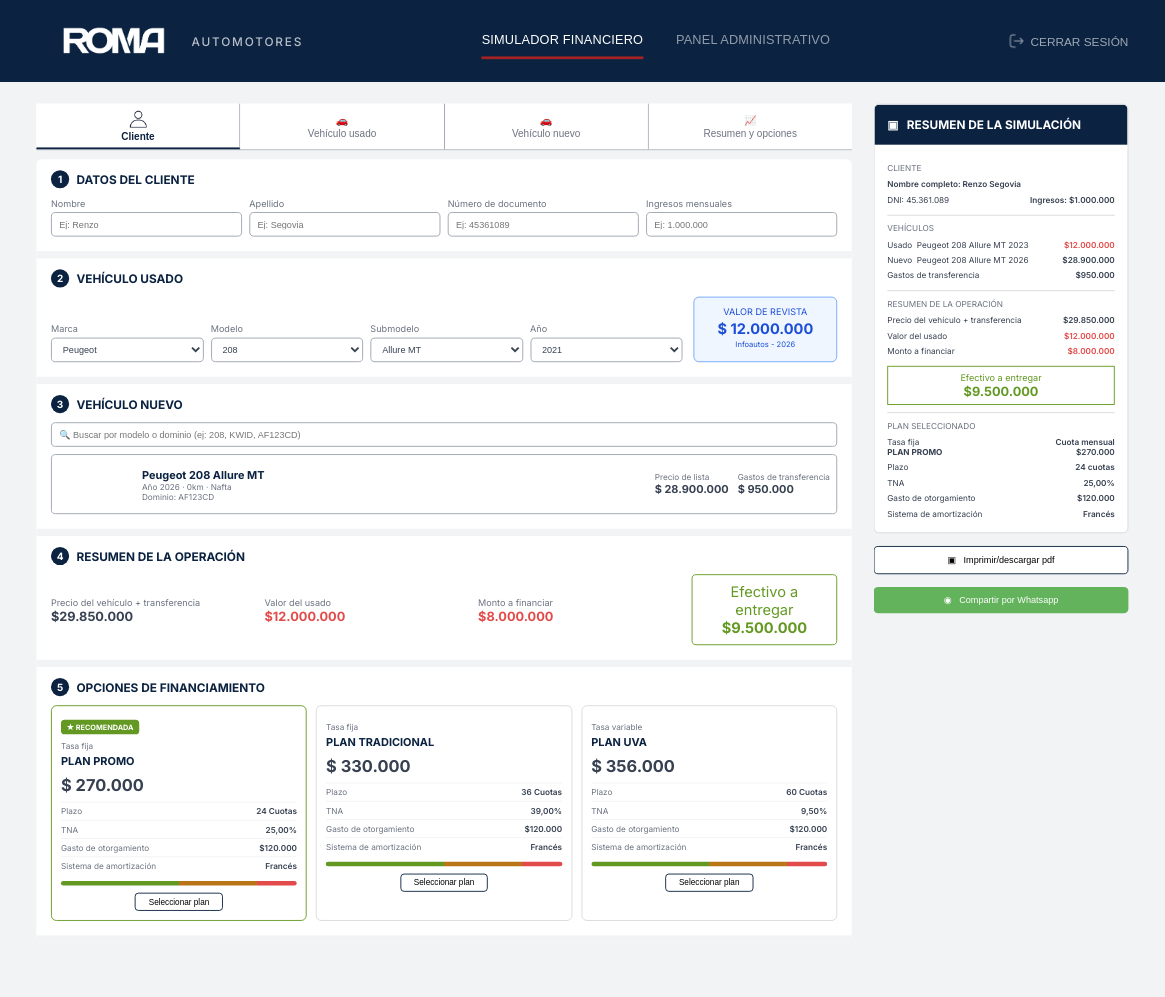
Repository: PPIII-9-012/Roma-System
Page: public/index.html
An editor plug-in stored every save of this project. The page is shown before and after the next save, followed by the edit.
The browser window is 1280 px wide. The pictures show the whole page, at 91% of full size.

Above is the page before, as saved 2026-08-22 12:54:51.

### public/index.html
<!DOCTYPE html>
<html lang="es">
<head>
    <meta charset="UTF-8">
    <meta name="viewport" content="width=device-width, initial-scale=1.0">
    <title>Simulador Financiero — Roma Automotores</title>
    <link rel="preconnect" href="https://fonts.googleapis.com">
    <link href="https://fonts.googleapis.com/css2?family=Inter:wght@400;500;600;700&display=swap" rel="stylesheet">
    <style>
        * {
            box-sizing: border-box;
            margin: 0;
            padding: 0;
        }
        body {
            font-family: 'Inter', system-ui, sans-serif;
        }
        .navbar {
            height: 90px;
            background: #0B2341;
            color: #FFFFFF;
            display: flex;
            align-items: center;
            justify-content: space-between;
            padding: 0 40px;
            position: sticky;
            top: 0;
            z-index: 50;
        }
        .navbar-left,
        .navbar-links,
        .navbar-logout {
            display: flex;
            align-items: center;
        }
        .navbar-left {
            gap: 14px;
        }
        .navbar-links {
            gap: 36px;
        }
        .navbar-logo {
            width: auto;
            height: 70px;
            display: block;
        }
        .navbar-brand {
            font-size: 13px;
            opacity: .7;
            letter-spacing: 2px;
            font-weight: 500;
        }
        .navbar-brand,
        .navbar-link,
        .navbar-logout {
            color: #FFFFFF;
        }
        .navbar-link {
            font-size: 14px;
            opacity: .55;
            text-decoration: none;
            padding-bottom: 4px;
            letter-spacing: .2px;
            transition: opacity .15s;
            position: relative;
        }
        .navbar-link:hover {
            opacity: .85;
        }
        .navbar-link.active {
            opacity: 1;
        }
        .navbar-link.active::after {
            content: "";
            position: absolute;
            left: 0;
            right: 0;
            bottom: -10px;
            height: 3px;
            background: #a52222;
        }
        .navbar-logout {
            font-size: 13px;
            opacity: .6;
        }
        .navbar-logout:hover {
            opacity: 1;
        }
        .navbar-link,
        .navbar-logout {
            background: transparent;
            border: 0;
            cursor: pointer;
        }
        .navbar-logout {
            gap: 6px;
        }
        .logout-logo {
            width: auto;
            height: 18px;
            display: block;
        }
        body {
            background: #F1F3F4;
            color: #374151;
        }
        .app {
            display: flex;
            max-width: 1440px;
            margin: 0 auto;
            align-items: flex-start;
        }
        .main-col {
            flex: 1;
            min-width: 0;
            padding: 24px 24px 60px 40px;
        }
        .side-col {
            width: 320px;
            flex-shrink: 0;
            padding: 24px 40px 60px 0;
            position: sticky;
            top: 90px;
        }
        .progress-tabs {
            background: #FFFFFF;
            display: flex;
            border-bottom: 1px solid #9CA3AF;
            margin-bottom: 10px;
        }
        .progress-tab {
            flex: 1;
            min-width: 0;
            min-height: 50px;
            display: flex;
            flex-direction: column;
            align-items: center;
            justify-content: center;
            gap: 2px;
            padding: 5px 8px;
            background: #FFFFFF;
            border: 0;
            border-right: 1px solid #9CA3AF;
            color: #6B7280;
            cursor: pointer;
            font-size: 11px;
        }
        .progress-tab:last-child { border-right: 0; }
        .progress-tab.active { color: #0B2341; font-weight: 600; border-bottom: 2px solid #0B2341; }
        .progress-tab img { height: 22px; width: auto; }
        .form-card, .summary-card {
            background: #FFFFFF;
            border-radius: 6px;
            overflow: hidden;
        }
        .form-section {
            padding: 12px 16px 16px;
            border-bottom: 8px solid #F1F3F4;
        }
        .form-section-head {
            display: flex;
            align-items: center;
            gap: 8px;
            margin-bottom: 10px;
        }
        .form-section-num {
            width: 20px;
            height: 20px;
            border-radius: 50%;
            background: #0B2341;
            color: #FFFFFF;
            display: grid;
            place-items: center;
            font-size: 11px;
            font-weight: 700;
        }
        .form-section-title { color: #0B2341; font-size: 13px; font-weight: 700; }
        .field-row, .used-fields { display: grid; grid-template-columns: repeat(4, minmax(0, 1fr)); gap: 8px; }
        .field { display: flex; flex-direction: column; gap: 4px; min-width: 0; }
        .field label { font-size: 10px; color: #6B7280; }
        .field input, .field select, .search-input {
            width: 100%;
            height: 27px;
            padding: 4px 8px;
            border: 1px solid #9CA3AF;
            border-radius: 5px;
            background: #FFFFFF;
            color: #374151;
            font-size: 10px;
        }
        .used-layout { display: grid; grid-template-columns: 1fr 158px; gap: 12px; align-items: end; }
        .infoauto-box { background: #EFF6FF; border: 1px solid #70A5F8; border-radius: 6px; min-height: 72px; padding: 9px; text-align: center; color: #1D4ED8; font-size: 10px; }
        .infoauto-value { display: block; font-size: 16px; font-weight: 700; margin-top: 3px; }
        .search-wrap { position: relative; margin-bottom: 8px; }
        .new-car-card { display: grid; grid-template-columns: 82px 1fr auto auto; gap: 10px; align-items: center; border: 1px solid #9CA3AF; border-radius: 5px; padding: 7px; }
        .car-photo { width: 82px; height: 50px; object-fit: contain; }
        .car-name { font-size: 12px; font-weight: 700; color: #0B2341; }
        .car-meta, .price-label { font-size: 9px; color: #6B7280; }
        .price-value { font-size: 12px; font-weight: 700; color: #374151; }
        .op-grid { display: grid; grid-template-columns: repeat(3, 1fr) 160px; gap: 12px; align-items: center; }
        .op-label { font-size: 10px; color: #6B7280; }
        .op-value { font-size: 14px; font-weight: 700; }
        .negative { color: #E24B4A; }
        .cash-box { border: 1px solid #639922; border-radius: 5px; padding: 8px; text-align: center; color: #639922; }
        .cash-box strong { display: block; font-size: 16px; }
        .plans-grid { display: grid; grid-template-columns: repeat(3, 1fr); gap: 10px; }
        .plan-card { border: 1px solid #D9D9D9; border-radius: 6px; padding: 10px; min-width: 0; }
        .plan-card:first-child { border-color: #639922; }
        .plan-badge { display: inline-block; background: #639922; color: #FFFFFF; border-radius: 4px; padding: 3px 6px; font-size: 8px; font-weight: 700; }
        .plan-type { color: #6B7280; font-size: 9px; margin-top: 7px; }
        .plan-name { color: #0B2341; font-size: 12px; font-weight: 700; margin: 4px 0 8px; }
        .plan-price { color: #374151; font-size: 18px; font-weight: 700; margin-bottom: 8px; }
        .plan-row { display: flex; justify-content: space-between; border-top: 1px solid #F1F3F4; padding: 4px 0; font-size: 9px; }
        .plan-row span:first-child { color: #6B7280; }
        .plan-row span:last-child { font-weight: 600; }
        .rci { height: 5px; margin: 7px 0 3px; background: linear-gradient(to right, #639922 50%, #BA7517 50% 83%, #E24B4A 83%); border-radius: 4px; }
        .plan-button { display: block; margin: 8px auto 0; padding: 4px 14px; border: 1px solid #0B2341; background: #FFFFFF; border-radius: 4px; font-size: 9px; }
        .summary-card { border: 1px solid #D9D9D9; }
        .summary-head { background: #0B2341; color: #FFFFFF; padding: 14px; font-size: 13px; font-weight: 700; }
        .summary-body { padding: 12px 14px; }
        .summary-title { color: #6B7280; font-size: 9px; text-transform: uppercase; margin: 8px 0 4px; }
        .summary-row { display: flex; justify-content: space-between; gap: 8px; padding: 3px 0; font-size: 9px; }
        .summary-row span:last-child { font-weight: 600; text-align: right; }
        .summary-divider { border: 0; border-top: 1px solid #D9D9D9; margin: 8px 0; }
        .summary-cash { border: 1px solid #639922; color: #639922; text-align: center; padding: 6px; margin-top: 8px; font-size: 10px; }
        .summary-cash strong { display: block; font-size: 14px; }
        .side-action { width: 100%; margin-top: 14px; padding: 9px; border: 1px solid #0B2341; border-radius: 5px; background: #FFFFFF; font-size: 10px; }
        .side-action.whatsapp { background: #63B35C; color: #FFFFFF; border: 0; }
        .cliente-logo {
            width: auto;
            height: 20px;
            display: block;
        }
        @media (max-width: 900px) {
            .navbar {
                height: auto;
                min-height: 90px;
                flex-wrap: wrap;
                gap: 14px 20px;
                padding: 14px 24px;
            }
            .navbar-links {
                order: 3;
                width: 100%;
                justify-content: center;
            }
            .navbar-link.active {
                padding-bottom: 4px;
            }
            .navbar-link.active::after {
                bottom: -4px;
            }
            .app { flex-direction: column; }
            .main-col, .side-col { width: 100%; padding: 16px 24px 24px; }
            .side-col { position: static; }
        }
        @media (max-width: 560px) {
            .navbar {
                align-items: center;
                padding: 12px 16px;
            }
            .navbar-logo {
                height: 50px;
            }
            .navbar-brand {
                font-size: 11px;
                letter-spacing: 1px;
            }
            .navbar-links {
                gap: 12px;
            }
            .navbar-link {
                font-size: 11px;
                letter-spacing: 0;
                text-align: center;
            }
            .navbar-logout {
                font-size: 11px;
            }
            .logout-logo {
                height: 16px;
            }
            .main-col, .side-col { padding: 12px 16px 20px; }
            .field-row, .used-fields, .plans-grid { grid-template-columns: 1fr; }
            .used-layout, .op-grid { grid-template-columns: 1fr; }
            .new-car-card { grid-template-columns: 64px 1fr; }
            .car-photo { width: 64px; }
        }

</style>
</head>
<body>
<div class="navbar">
    <div class="navbar-left">
        <img class="navbar-logo" src="logotiporoma.png" alt="Roma">
        <span class="navbar-brand">AUTOMOTORES</span>
    </div>
    <div class="navbar-links">
        <button class="navbar-link active" type="button">SIMULADOR FINANCIERO</button>
        <button class="navbar-link" type="button" id="panelAdmimBtn">PANEL ADMINISTRATIVO</button>
    </div>
    <button class="navbar-logout" type="button" id="logoutBtn">
        <img class="logout-logo" src="cerrarsesion.png" alt="">
        <span>CERRAR SESIÓN</span>
    </button>
</div>

<div class="app">
    <div class="main-col">
        <div class="progress-tabs">
            <button class="progress-tab active" data-target="sec-cliente"><img src="cliente.png" alt=""><span>Cliente</span></button>
            <button class="progress-tab" data-target="sec-usado"><span>🚗</span><span>Vehículo usado</span></button>
            <button class="progress-tab" data-target="sec-nuevo"><span>🚗</span><span>Vehículo nuevo</span></button>
            <button class="progress-tab" data-target="sec-opciones"><span>📈</span><span>Resumen y opciones</span></button>
        </div>
        <div class="form-card">
            <section class="form-section" id="sec-cliente">
                <div class="form-section-head"><span class="form-section-num">1</span><span class="form-section-title">DATOS DEL CLIENTE</span></div>
                <div class="field-row">
                    <div class="field"><label>Nombre</label><input placeholder="Ej: Renzo"></div>
                    <div class="field"><label>Apellido</label><input placeholder="Ej: Segovia"></div>
                    <div class="field"><label>Número de documento</label><input placeholder="Ej: 45361089"></div>
                    <div class="field"><label>Ingresos mensuales</label><input placeholder="Ej: 1.000.000"></div>
                </div>
            </section>
            <section class="form-section" id="sec-usado">
                <div class="form-section-head"><span class="form-section-num">2</span><span class="form-section-title">VEHÍCULO USADO</span></div>
                <div class="used-layout">
                    <div class="used-fields">
                        <div class="field"><label>Marca</label><select><option>Peugeot</option></select></div>
                        <div class="field"><label>Modelo</label><select><option>208</option></select></div>
                        <div class="field"><label>Submodelo</label><select><option>Allure MT</option></select></div>
                        <div class="field"><label>Año</label><select><option>2021</option></select></div>
                    </div>
                    <div class="infoauto-box">VALOR DE REVISTA<strong class="infoauto-value">$ 12.000.000</strong><small>Infoautos - 2026</small></div>
                </div>
            </section>
            <section class="form-section" id="sec-nuevo">
                <div class="form-section-head"><span class="form-section-num">3</span><span class="form-section-title">VEHÍCULO NUEVO</span></div>
                <div class="search-wrap"><input class="search-input" placeholder="🔍 Buscar por modelo o dominio (ej: 208, KWID, AF123CD)"></div>
                <div class="new-car-card">
                    <img class="car-photo" src="logotiporoma.png" alt="Vehículo">
                    <div><div class="car-name">Peugeot 208 Allure MT</div><div class="car-meta">Año 2026 · 0km · Nafta<br>Dominio: AF123CD</div></div>
                    <div><div class="price-label">Precio de lista</div><div class="price-value">$ 28.900.000</div></div>
                    <div><div class="price-label">Gastos de transferencia</div><div class="price-value">$ 950.000</div></div>
                </div>
            </section>
            <section class="form-section" id="sec-opciones">
                <div class="form-section-head"><span class="form-section-num">4</span><span class="form-section-title">RESUMEN DE LA OPERACIÓN</span></div>
                <div class="op-grid">
                    <div><div class="op-label">Precio del vehículo + transferencia</div><div class="op-value">$29.850.000</div></div>
                    <div><div class="op-label">Valor del usado</div><div class="op-value negative">$12.000.000</div></div>
                    <div><div class="op-label">Monto a financiar</div><div class="op-value negative">$8.000.000</div></div>
                    <div class="cash-box">Efectivo a entregar<strong>$9.500.000</strong></div>
                </div>
            </section>
            <section class="form-section">
                <div class="form-section-head"><span class="form-section-num">5</span><span class="form-section-title">OPCIONES DE FINANCIAMIENTO</span></div>
                <div class="plans-grid">
                    <div class="plan-card"><span class="plan-badge">★ RECOMENDADA</span><div class="plan-type">Tasa fija</div><div class="plan-name">PLAN PROMO</div><div class="plan-price">$ 270.000</div><div class="plan-row"><span>Plazo</span><span>24 Cuotas</span></div><div class="plan-row"><span>TNA</span><span>25,00%</span></div><div class="plan-row"><span>Gasto de otorgamiento</span><span>$120.000</span></div><div class="plan-row"><span>Sistema de amortización</span><span>Francés</span></div><div class="rci"></div><button class="plan-button">Seleccionar plan</button></div>
                    <div class="plan-card"><div class="plan-type">Tasa fija</div><div class="plan-name">PLAN TRADICIONAL</div><div class="plan-price">$ 330.000</div><div class="plan-row"><span>Plazo</span><span>36 Cuotas</span></div><div class="plan-row"><span>TNA</span><span>39,00%</span></div><div class="plan-row"><span>Gasto de otorgamiento</span><span>$120.000</span></div><div class="plan-row"><span>Sistema de amortización</span><span>Francés</span></div><div class="rci"></div><button class="plan-button">Seleccionar plan</button></div>
                    <div class="plan-card"><div class="plan-type">Tasa variable</div><div class="plan-name">PLAN UVA</div><div class="plan-price">$ 356.000</div><div class="plan-row"><span>Plazo</span><span>60 Cuotas</span></div><div class="plan-row"><span>TNA</span><span>9,50%</span></div><div class="plan-row"><span>Gasto de otorgamiento</span><span>$120.000</span></div><div class="plan-row"><span>Sistema de amortización</span><span>Francés</span></div><div class="rci"></div><button class="plan-button">Seleccionar plan</button></div>
                </div>
            </section>
        </div>
    </div>
    <aside class="side-col">
        <div class="summary-card"><div class="summary-head">▣ &nbsp; RESUMEN DE LA SIMULACIÓN</div><div class="summary-body">
            <div class="summary-title">Cliente</div><div class="summary-row"><span>Nombre completo: Renzo Segovia</span></div><div class="summary-row"><span>DNI: 45.361.089</span><span>Ingresos: $1.000.000</span></div><hr class="summary-divider">
            <div class="summary-title">Vehículos</div><div class="summary-row"><span>Usado&nbsp; Peugeot 208 Allure MT 2023</span><span class="negative">$12.000.000</span></div><div class="summary-row"><span>Nuevo&nbsp; Peugeot 208 Allure MT 2026</span><span>$28.900.000</span></div><div class="summary-row"><span>Gastos de transferencia</span><span>$950.000</span></div><hr class="summary-divider">
            <div class="summary-title">Resumen de la operación</div><div class="summary-row"><span>Precio del vehículo + transferencia</span><span>$29.850.000</span></div><div class="summary-row"><span>Valor del usado</span><span class="negative">$12.000.000</span></div><div class="summary-row"><span>Monto a financiar</span><span class="negative">$8.000.000</span></div><div class="summary-cash">Efectivo a entregar<strong>$9.500.000</strong></div><hr class="summary-divider">
            <div class="summary-title">Plan seleccionado</div><div class="summary-row"><span>Tasa fija<br><b>PLAN PROMO</b></span><span>Cuota mensual<br>$270.000</span></div><div class="summary-row"><span>Plazo</span><span>24 cuotas</span></div><div class="summary-row"><span>TNA</span><span>25,00%</span></div><div class="summary-row"><span>Gasto de otorgamiento</span><span>$120.000</span></div><div class="summary-row"><span>Sistema de amortización</span><span>Francés</span></div>
        </div></div>
        <button class="side-action">▣ &nbsp; Imprimir/descargar pdf</button><button class="side-action whatsapp">◉ &nbsp; Compartir por Whatsapp</button>
    </aside>
</div>

</body>
</html>

After the next save:
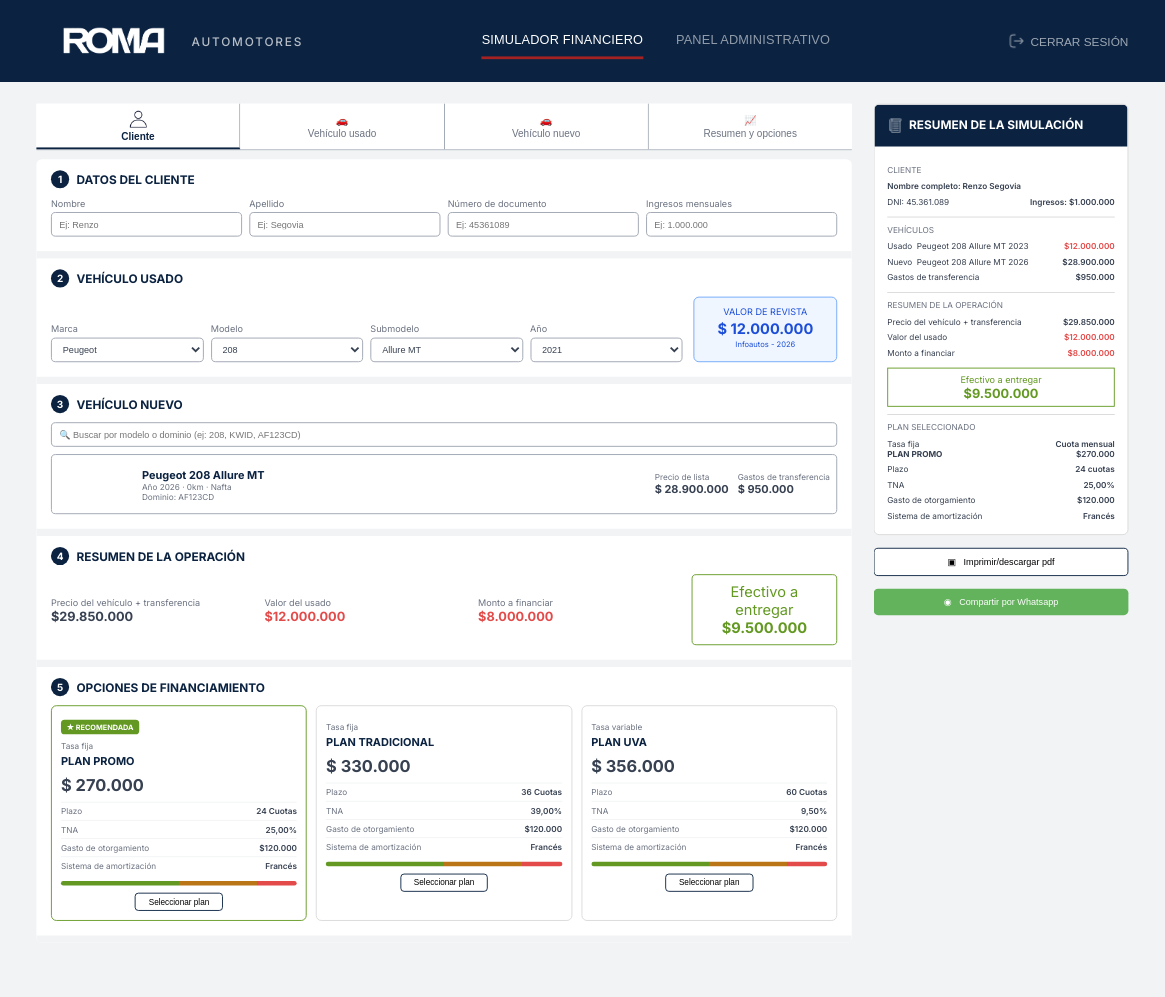
Saved 8 min 12 s later.
--- a/public/index.html
+++ b/public/index.html
@@ -217,6 +217,12 @@
         .plan-button { display: block; margin: 8px auto 0; padding: 4px 14px; border: 1px solid #0B2341; background: #FFFFFF; border-radius: 4px; font-size: 9px; }
         .summary-card { border: 1px solid #D9D9D9; }
         .summary-head { background: #0B2341; color: #FFFFFF; padding: 14px; font-size: 13px; font-weight: 700; }
+        .summary-logo {
+            width: auto;
+            height: 18px;
+            vertical-align: middle;
+            margin-right: 6px;
+        }
         .summary-body { padding: 12px 14px; }
         .summary-title { color: #6B7280; font-size: 9px; text-transform: uppercase; margin: 8px 0 4px; }
         .summary-row { display: flex; justify-content: space-between; gap: 8px; padding: 3px 0; font-size: 9px; }
@@ -365,7 +371,7 @@
         </div>
     </div>
     <aside class="side-col">
-        <div class="summary-card"><div class="summary-head">▣ &nbsp; RESUMEN DE LA SIMULACIÓN</div><div class="summary-body">
+        <div class="summary-card"><div class="summary-head"><img class="summary-logo" src="resumen.png" alt="">RESUMEN DE LA SIMULACIÓN</div><div class="summary-body">
             <div class="summary-title">Cliente</div><div class="summary-row"><span>Nombre completo: Renzo Segovia</span></div><div class="summary-row"><span>DNI: 45.361.089</span><span>Ingresos: $1.000.000</span></div><hr class="summary-divider">
             <div class="summary-title">Vehículos</div><div class="summary-row"><span>Usado&nbsp; Peugeot 208 Allure MT 2023</span><span class="negative">$12.000.000</span></div><div class="summary-row"><span>Nuevo&nbsp; Peugeot 208 Allure MT 2026</span><span>$28.900.000</span></div><div class="summary-row"><span>Gastos de transferencia</span><span>$950.000</span></div><hr class="summary-divider">
             <div class="summary-title">Resumen de la operación</div><div class="summary-row"><span>Precio del vehículo + transferencia</span><span>$29.850.000</span></div><div class="summary-row"><span>Valor del usado</span><span class="negative">$12.000.000</span></div><div class="summary-row"><span>Monto a financiar</span><span class="negative">$8.000.000</span></div><div class="summary-cash">Efectivo a entregar<strong>$9.500.000</strong></div><hr class="summary-divider">
